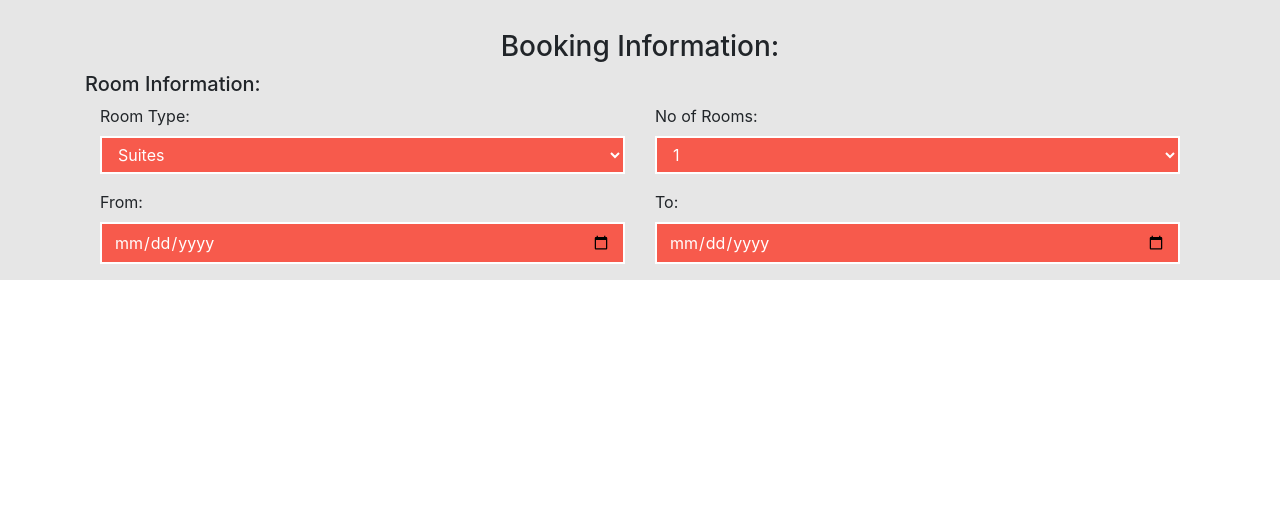
Repository: kapsky5/HotelManagement
Page: booking.html
These files come from the project's save history. The page is drawn as it stood at one moment and after the next save; the edit follows.
The browser window is 1280 px wide. The pictures show the whole page.

Above is the page before, as saved 2019-11-07 03:43:19.

### booking.html
<!DOCTYPE html>
<html lang="en">
<head>
    <meta charset="UTF-8">
    <meta name="viewport" content="width=device-width, initial-scale=1.0">
    <meta http-equiv="X-UA-Compatible" content="ie=edge">
    <title>RADISSON BLU</title>
    <link rel="stylesheet" href="css/main.css">
    <link rel="stylesheet" href="https://maxcdn.bootstrapcdn.com/bootstrap/4.0.0/css/bootstrap.min.css" integrity="sha384-Gn5384xqQ1aoWXA+058RXPxPg6fy4IWvTNh0E263XmFcJlSAwiGgFAW/dAiS6JXm" crossorigin="anonymous">
</head>
<body>
    <div class="containerz">
        <div class="container">
            <div class="header" style="padding-top: 30px;">
                <div class="text-center">
                    <h3>Booking Information:</h3>
                </div>
            </div>


            <form action="" method="POST">
                <h5>Room Information:</h5>
                <div class="row">
                    <div class="col-md-6">
                        <div class="form-group">
                            <label>Room Type:</label>
                            <select class="form-control" placeholder="Select-Room">
                                <option>Suites</option>
                                <option>Deluxe Rooms</option>
                                <option>King Rooms</option>
                                <option>Single</option>
                            </select>
                        </div>
                    </div>
                    <div class="col-md-6">
                        <div class="form-group">
                            <label>No of Rooms:</label>
                            <select class="form-control">
                                <option>1</option>
                                <option>2</option>
                                <option>3</option>
                                <option>4</option>
                            </select>
                        </div>
                    </div>
                    <div class="col-md-6">
                        <div class="form-group">
                            <label>From:</label>
                            <input class="form-control" type="date">
                        </div>
                    </div>
                    <div class="col-md-6">
                        <div class="form-group">
                            <label>To:</label>
                            <input class="form-control" type="date">
                        </div>
                    </div>
                </div>
            </form>
        </div>
    </div>
</body>
</html>

### css/main.css
.fixed-top{
    position: absolute !important;
}
.carousel-item{
    height: 100vh;
    min-height: 300px;
    background: no-repeat center center scroll;
    -webkit-baackground-size: cover;
    background-size: cover;
    position: absolute;
}
.carousel-caption {
    top: 40% !important;
}
.carousel-caption h5{
    color: #ffffff;
    text-transform: uppercase;
    font-size: 35px;
    letter-spacing: 2px;
    margin-top:25px;
}
.navbar-light .nav-link{
    text-transform: uppercase;
    color: #ffffff !important;
    font-size: 15px;
    margin-left: 20px;
}
.navbar-light .navbar-brand{
    color: #ffffff !important;
    font-size: 30px;
    letter-spacing: 1px;
}
.nav-link:active, .nav-link:hover {
    color: #F75A4C !important;
}
.carousel-caption .btn {
    margin: 40px 20px;
    padding: 15px 30px;
    border-radius: 40px;
    background: #F75A4C;
    border: none;
    text-transform: uppercase;
    font-size: 18px;
}
.carousel-caption .btn:hover{
    background: #454244;
}
.fac{
    margin: 0 auto;
    font-size: 25px;
    letter-spacing: 1px;
}
.tabx h6{
    font-weight: 600 !important;
}
.nav-item.nav-link{
    color: rgb(192, 192, 192);
}
.nav-item.nav-link.active{
    color: #F75A4C !important;
    background-color: #ffffff !important;
}
#tabs .nav > a{
    border-radius: 0px;
    padding: 40px 1rem;
    border-bottom: 1px solid rgb(192, 192, 192);
}
#tabs .nav > a.active{
    border-bottom: 1px solid #F75A4C;
}
.containerx{
    padding: 40px;
}
.containerx p{
    font-size: 18px;
    line-height: 1.8;
    color: #848484;
}
.tabImg{
    max-width: 100%;
    height: 550px;
}
.heading{
    color: #F75A4C;
    text-transform: uppercase;
    margin-bottom: 20px;
}
.sub-heading{
    margin-top: 20px;
    font-size: 16px;
    color: rgb(192, 192, 192);
}
.foot{
    margin-top: 50px;
    background-color: #E6E6E6;
}
.rowinfoot{
    padding: 30px 0px;
}
.foo-head{
    font-size: 20px;
    color: #F75A4C;
    margin: 20px 0;
}
.foo-text{
    font-size: 16px;
    line-height: 1.5;
}
.foo-text li a{
    color: black;
    text-decoration: none;
}
.copyright {
    color: white;
    background: #554f53;
    justify-content: center;
}
.copyright p{
    margin-bottom: 0;
}
.image{
    width: 100%;
    height: 50vh;
}
.containerz{
    background-color: #E6E6E6;
}
.heading1{
    text-transform: uppercase;
    font-size: 24px;
    letter-spacing: 1px;
}
.room-img{
    width: 100%;
    height: 415px;
}
.card{
    border-radius: 0px !important;
}
.card-body{
    padding: 0px !important;
}
.head-room{
    color: #F75A4C;
    font-size: 22px;
    text-transform: uppercase;
    letter-spacing: 1px;
}
.card-body.row.col-md-5, .card-body.row.col-md-7, .card-body.row.col-md-6, .card-body.row.col-md-3{
    padding: 0px !important;
}

.containerz .imgx, .containerz .imgx{
    padding: 0px !important;
}
.dpt, .dpts{
    padding: 40px 50px !important;
}
.dpt p{
    font-size: 18px;
    line-height: 1.8;
    color: #848484;
}
.dpts p{
    font-size: 16px;
    line-height: 1.5;
    color: #848484;
}
.row{
    margin: 0px !important;
}
.card .btn{
    padding: 10px 30px;
    border-radius: 0px;
    background: #F75A4C;
    border: none;
    text-transform: uppercase;
    font-size: 18px;
}
.avail{
    color: white;
    margin-top: 40px !important;
    background-color: #F75A4C;
    padding: auto auto;
}
.form-control{
    background-color: #F75A4C !important;
    color: white !important;
    border-radius: 0 !important;
    border: 2px solid white !important;
}
input[type=date]::-webkit-inner-spin-button {
    -webkit-appearance: none;
    display: none;
}
.result .btn{
    margin: 10px 20px;
    padding: 15px 30px;
    border-radius: 40px;
    background: #F75A4C;
    border: none;
    text-transform: uppercase;
    font-size: 18px;
}

After the next save:
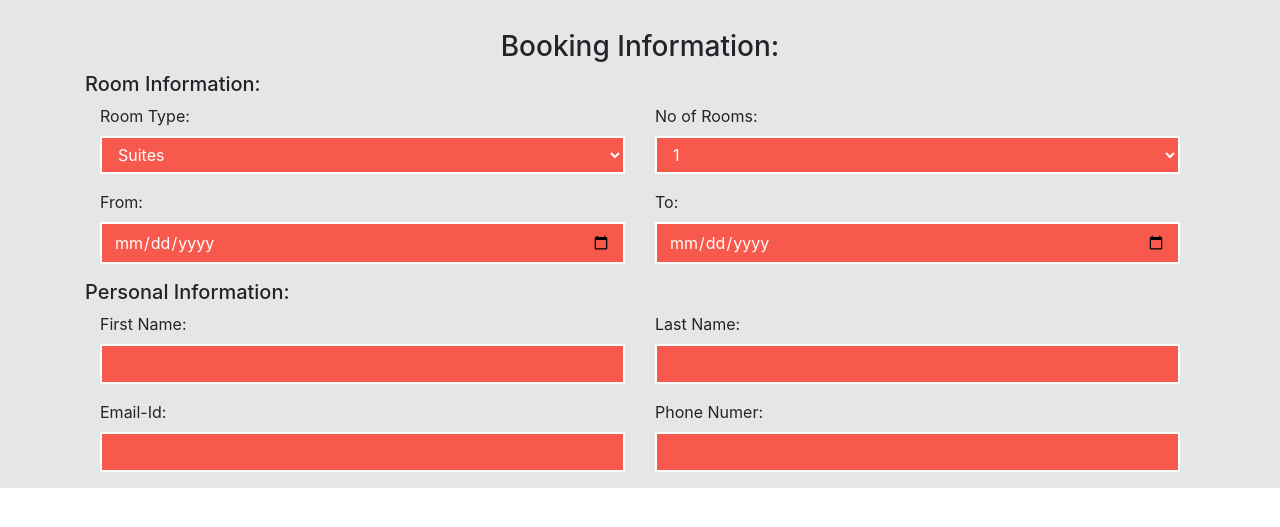
Saved 2 min 52 s later.
--- a/booking.html
+++ b/booking.html
@@ -56,6 +56,33 @@
                         </div>
                     </div>
                 </div>
+                <h5>Personal Information:</h5>
+                <div class="row">
+                    <div class="col-md-6">
+                        <div class="form-group">
+                            <label>First Name:</label>
+                            <input class="form-control">
+                        </div>
+                    </div>
+                    <div class="col-md-6">
+                        <div class="form-group">
+                            <label>Last Name:</label>
+                            <input class="form-control">
+                        </div>
+                    </div>
+                    <div class="col-md-6">
+                        <div class="form-group">
+                            <label>Email-Id:</label>
+                            <input class="form-control" type="email">
+                        </div>
+                    </div>
+                    <div class="col-md-6">
+                        <div class="form-group">
+                            <label>Phone Numer:</label>
+                            <input class="form-control">
+                        </div>
+                    </div>
+                </div>
             </form>
         </div>
     </div>
